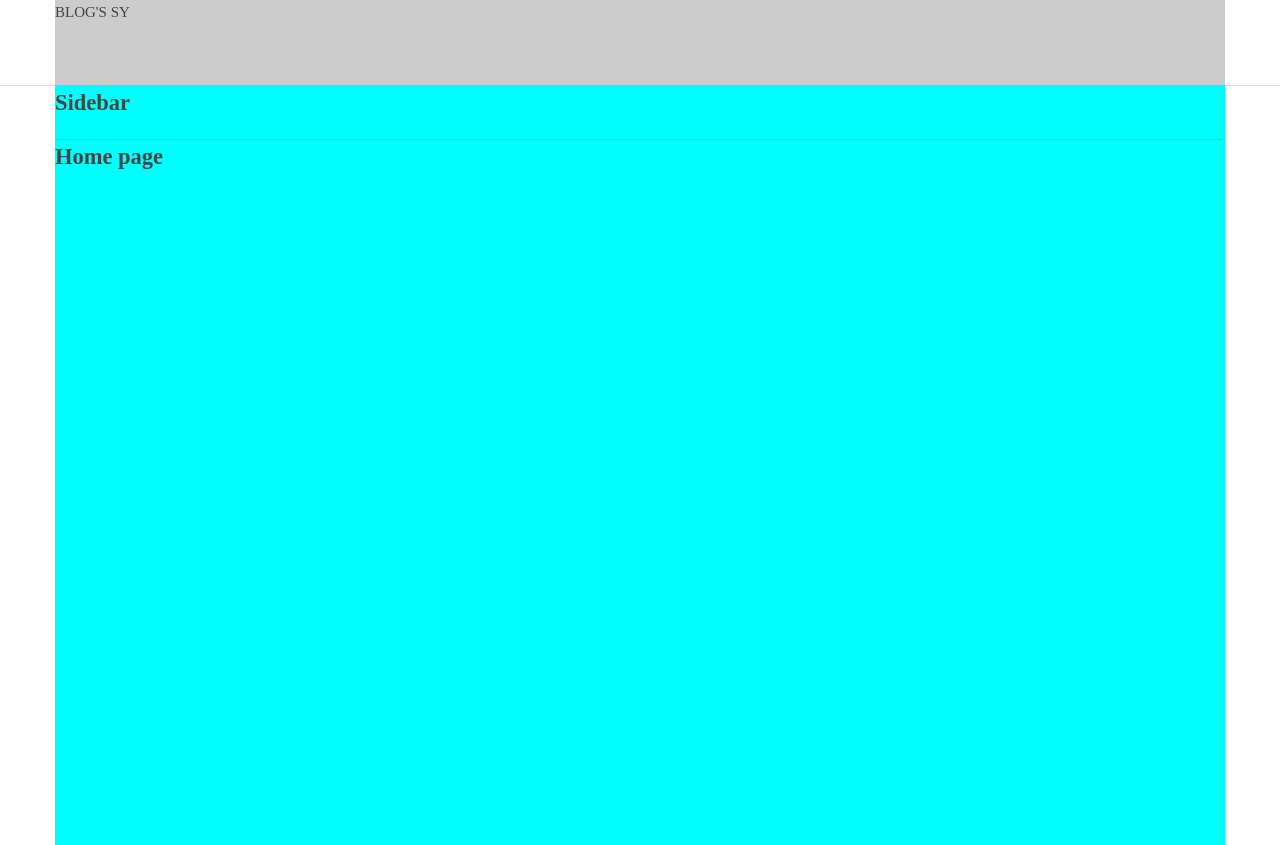
Repository: SyLe-Van/Make-Colorful
Page: /
An editor plug-in stored every save of this project. The page is shown before and after the next save, followed by the edit.
The browser window is 1280 px wide. The pictures show the whole page.
Some web fonts or font styles are not loaded; a fallback is used. The project was rebuilt for these pictures with package versions that can differ from the ones it lists, and the page was loaded fresh each time. Also part of the build but not shown: src/pages/cinema/index.js, src/pages/fashion/index.js, src/pages/grooming/index.js, src/pages/lifestyle/index.js, src/pages/contact/index.js.

Above is the page before, as saved 2023-10-10 20:54:56.

### src/index.js
import React from 'react';
import ReactDOM from 'react-dom/client';
import App from '~/App';
import reportWebVitals from './reportWebVitals';
import GlobalStyles from '~/components/GlobalStyles';
const root = ReactDOM.createRoot(document.getElementById('root'));
root.render(
    <React.StrictMode>
        <GlobalStyles>
            <App />
        </GlobalStyles>
    </React.StrictMode>,
);

// If you want to start measuring performance in your app, pass a function
// to log results (for example: reportWebVitals(console.log))
// or send to an analytics endpoint. Learn more: https://bit.ly/CRA-vitals
reportWebVitals();

### src/App.js
import { BrowserRouter as Router, Routes, Route } from 'react-router-dom';
import Home from '~/pages/home';
import Cinema from '~/pages/cinema';
import Fashion from '~/pages/fashion';
import Grooming from '~/pages/grooming';
import LifeStyle from '~/pages/lifestyle';
import { publicRoutes } from './routes';
import { Component } from 'react';
import { DefaultLayout } from '~/components/Layout';
import { Fragment } from 'react';
function App() {
    return (
        <Router>
            <div className="App">
                <Routes>
                    {publicRoutes.map((route, index) => {
                        const Layout = route.layout === null ? Fragment : DefaultLayout;
                        const Page = route.component;
                        return (
                            <Route
                                key={index}
                                path={route.path}
                                element={
                                    <Layout>
                                        <Page />
                                    </Layout>
                                }
                            />
                        );
                    })}
                </Routes>
            </div>
        </Router>
    );
}

export default App;

### src/routes/index.js
import Home from '~/pages/home';
import Cinema from '~/pages/cinema';
import Fashion from '~/pages/fashion';
import Grooming from '~/pages/grooming';
import LifeStyle from '~/pages/lifestyle';
import Contact from '~/pages/contact';
// dont need login to view
const publicRoutes = [
    { path: '/', component: Home },
    { path: '/cinema', component: Cinema },
    { path: '/fashion', component: Fashion },
    { path: '/grooming', component: Grooming },
    { path: '/lifestyle', component: LifeStyle },
    { path: '/contact', component: Contact, layout: null },
];

const privateRoutes = [];

export { publicRoutes, privateRoutes };

### src/components/GlobalStyles/GlobalStyles.scss
@import 'normalize.css';
@import url('https:; //fonts.googleapis.com/css2?family=Lato:ital,wght@0,400;0,700;1,400;1,700&family=Montserrat:ital,wght@0,400;0,700;1,400;1,700&family=Playfair+Display&family=Poppins:wght@300;400;600;700&display=swap');

:root {
    --primary: #f6f6f6;
}

* {
    box-sizing: border-box;
    margin: 0;
    padding: 0;
}
html {
    font-size: 40px;
}
body {
    font-family: 'Playfair Display', serif;
    line-height: 1.6;
    color: #444;
    font-size: 15px;
    text-rendering: optimizeSpeed;
}

### src/components/Layout/DefaultLayout/index.js
import Header from './Header';
import classNames from 'classnames/bind';
import styles from './DefaultLayout.module.scss';
import Sidebar from './Sidebar';

const cx = classNames.bind(styles);
function DefaultLayout({ children }) {
    return (
        <div className={cx('wrapper')}>
            <Header />
            <div className={cx('container')}>
                <Sidebar />
                <div className={cx('contain')}>{children}</div>
            </div>
        </div>
    );
}

export default DefaultLayout;

### src/components/Layout/DefaultLayout/Header/index.js
import styles from './Header.module.scss';
import classNames from 'classnames/bind';

const cx = classNames.bind(styles);

function Header() {
    return (
        <header className={cx('wrapper')}>
            <div className={cx('inner')}>BLOG'S SY</div>
        </header>
    );
}

export default Header;

### src/components/Layout/DefaultLayout/DefaultLayout.module.scss
.wrapper {
    display: flex;
    flex-direction: column;
    align-items: center;
}
.container {
    width: 1170px;
    height: 760px;
    background-color: aqua;
}

### src/components/Layout/DefaultLayout/Sidebar/index.js
import styles from './Sidebar.module.scss';
import classNames from 'classnames/bind';

const cx = classNames.bind(styles);

function Sidebar() {
    return (
        <aside className={cx('wrapper')}>
            <h2>Sidebar</h2>
        </aside>
    );
}

export default Sidebar;

### src/components/Layout/DefaultLayout/Header/Header.module.scss
.wrapper {
    height: 85px;
    width: 100%;
    box-shadow: 0px 1px 1px rgb(0 0 0 / 12%);
    display: flex;
    justify-content: center;
}
.inner {
    height: 100%;
    width: 1170px;
    background-color: #ccc;
}

### src/components/Layout/DefaultLayout/Sidebar/Sidebar.module.scss
.wrapper {
    height: 54px;
    width: 100%;
    box-shadow: 0px 1px 1px rgb(0 0 0 / 12%);
}

Loaded but not shown: public/index.html (common file); src/reportWebVitals.js (common file); src/components/GlobalStyles/index.js (common file); src/pages/home/index.js (common file); src/components/Layout/index.js (common file)

After the next save:
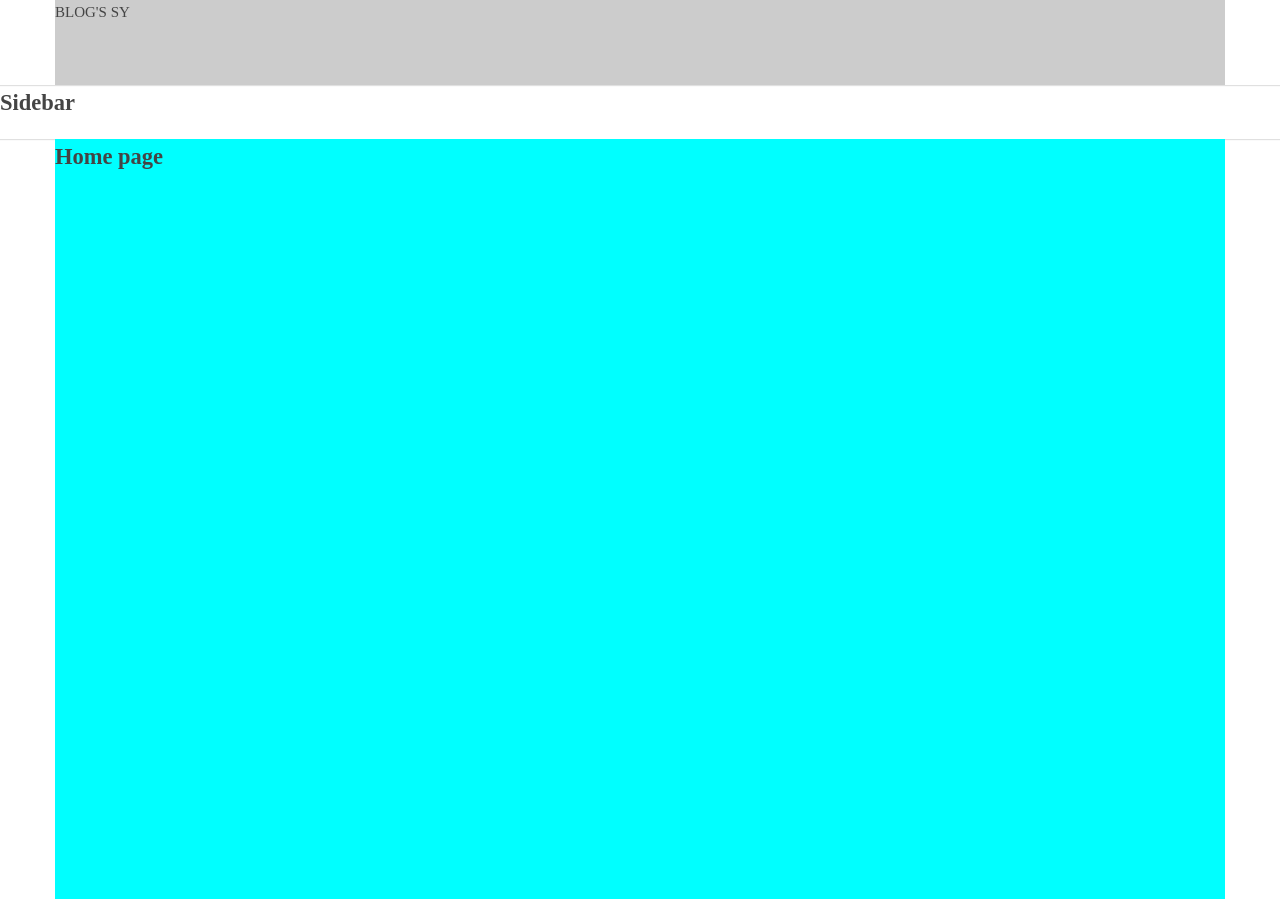
Saved 97 s later.
--- a/src/components/Layout/DefaultLayout/index.js
+++ b/src/components/Layout/DefaultLayout/index.js
@@ -8,8 +8,8 @@ function DefaultLayout({ children }) {
     return (
         <div className={cx('wrapper')}>
             <Header />
+            <Sidebar />
             <div className={cx('container')}>
-                <Sidebar />
                 <div className={cx('contain')}>{children}</div>
             </div>
         </div>
